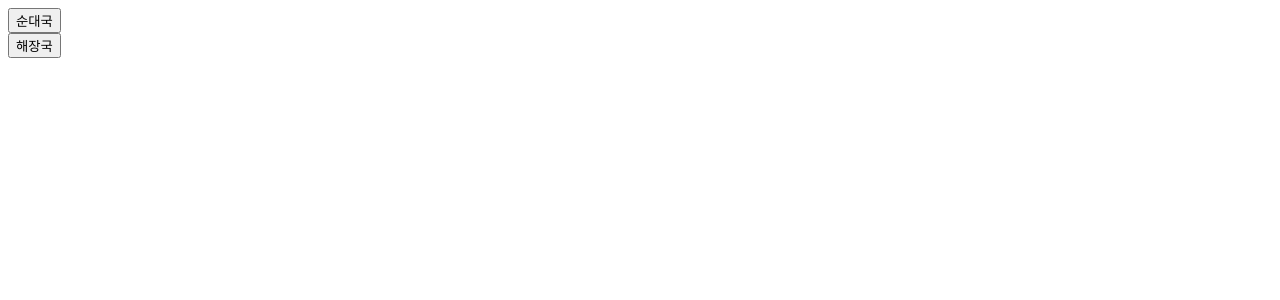
Repository: IT-magician/Restaurant-Simulation
Page: index.html
The author's editor kept a copy of each file at every save. The page is drawn from the files as they stood at one save, then again after the next save.
The browser window is 1280 px wide. The pictures show the whole page.

Above is the page before, as saved 2023-11-14 16:16:59.

### index.html
<!DOCTYPE html>
<html lang="ko-kr">
  <head>
    <meta charset="UTF-8" />
    <meta name="viewport" content="width=device-width, initial-scale=1.0" />
    <title>Document</title>
  </head>
  <body>
    <div class="kiosk">
      <div class="banner">
        <div class="ad-display"></div>
        <div class="progress-display"></div>
      </div>
      <div class="order">
        <div class="food"><input type="button" value="순대국" /></div>
        <div class="food"><input type="button" value="해장국" /></div>
      </div>
    </div>

    <!-- <script type="module" src="./js/food.js"></script>
    <script type="module" src="./js/machinesOfManaingeStore.js"></script>
    <script type="module" src="./js/staff.js"></script> -->
    <script src="./js/main.js" type="module"></script>
  </body>
</html>

### js/main.js
import {
  GeneralModelOfOrderManager,
  Kiosk,
} from "./MachinesOfManaingeStore.js";
import { Cooker, Waiter } from "./staff.js";

const cookers = [new Cooker(), new Cooker()];
const waiters = [new Waiter(1), new Waiter(2)];
const orderManager = new GeneralModelOfOrderManager();
const kiosk = new Kiosk(orderManager);

const kioskElement = document.querySelector(".kiosk");
const orderListBtns = kioskElement.querySelector(".order");

orderListBtns.addEventListener("click", (e) => {
  const element = e.target;
  const orderFoodName = element.value;

  console.log(e.target, e.currentTarget);
  console.log(element, orderFoodName);
});

### js/MachinesOfManaingeStore.js
import { Food, sundaeSoop, SoopForHangingOver } from "./food.js";

/**
 * OrderManger는 1:1, 1:N 모두가 될 수 있음. 1:1은 자기자신, 1:N인 경우는 메인-워커쓰레드처럼 자기 자신이 로드밸런서 역할을 하는 것으로 설계했음.
 */
class OrderManager {
  #orderList = [];

  /**
   *
   * @param {Food} food
   * @returns 주문번호
   */
  /*virtual */ append(food) {
    const uuid = this.#generateUUID();

    this.#orderList.append({
      food,
      orderNumber: uuid,
      statusName: "대기",
    });

    return uuid;
  }

  /**
   *
   * @param {int} orderUniqueNumber
   */
  /*virtual */ pop(orderUniqueNumber) {
    const removedItemIdx = this.#orderList.findIndex(
      (item) => item.orderNumber === orderUniqueNumber
    );

    if (removedItemIdx === -1) return null;

    const removedItem = this.#orderList[removedItem];

    this.#orderList.remove(removedItemIdx);

    return removedItem;
  }

  /**
   *
   * @param {int} orderUniqueNumber
   * @param {string} statusName
   */
  setProgressStatus(orderUniqueNumber, statusName) {
    this.#orderList.find(
      (item) => item.orderNumber === orderUniqueNumber
    ).statusName = statusName;
  }

  /*virtual*/ #generateUUID() {
    let uuid = 1;

    return uuid++;
  }
}

class GeneralModelOfOrderManager extends OrderManager {}
class MainThreadOfOrderManagerModel extends OrderManager {} // cooming soon!
class WorkerThreadOfOrderManagerModel extends OrderManager {} // cooming soon!

class Kiosk {
  #orderManager;

  /**
   *
   * @param {OrderManager} orderManager
   */
  constructor(orderManager) {
    this.orderManager = orderManager;
  }

  orderSundaeSoop() {
    return this.#order(new sundaeSoop());
  }

  orderSundaeSoop() {
    return this.#order(new SoopForHangingOver());
  }

  /**
   *
   * @param {Food} food
   * @returns
   */
  #order(food) {
    return this.#orderManager.append(food);
  }

  /**
   *
   * @param {int} orderUniqueNumber
   * @returns
   */
  cancel(orderUniqueNumber) {
    return this.#orderManager.pop(orderUniqueNumber);
  }
}

export { GeneralModelOfOrderManager, Kiosk };

### js/staff.js
class Staff {
  #progress_status_idx = 0;
  #progress_status_names = ["대기"];
  #progress_status_waiting_times = [0];
  #current_progress_left_time = 0;
  #check_progress_status_interval = 1000;

  /**
   *
   * @param {object - '작업이름':'걸리는 시간'} progress_status_info
   */
  constructor(progress_status_info) {
    if (
      progress_status_info instanceof Object === false ||
      progress_status_info.length < 1
    )
      throw new Error(
        "Invalid Argument - the progress status names's type must be object (key-value array) type and the length is more than zero."
      );

    const progressCount = progress_status_info.length;

    this.#progress_status_names = Array(progressCount);
    this.#progress_status_waiting_times = Array(progressCount);

    let i = 0;
    for (const [progress_name, progress_waiting_time] of Object.entries(
      progress_status_info
    )) {
      this.#progress_status_names[i] = progress_name;
      this.#progress_status_waiting_times[i] = progress_waiting_time;
      i++;
    }
  }

  resetProgress() {
    this.#progress_status_idx = 0;
  }

  jumpCurrentProgress() {
    return (this.#progress_status_idx =
      ++this.#progress_status_idx % this.#progress_status_names);
  }

  /**
   *
   * @returns {Promise|int} promise 객체나, (완료시) 작업했던 단계를 반환한다.
   */
  async doCurrentProgress() {
    const progressLevel = this.getCurrentProgressLevel();
    const progressWaitingTime =
      this.#progress_status_waiting_times[this.#progress_status_idx];

    return new Promise(function (resolve, reject) {
      setTimeout(() => {
        jumpCurrentProgress();

        resolve(progressLevel);
      }, progressWaitingTime);
    });

    const progressStatusInterval = getCheckProgressStatusInterval();
    const countDown = function () {
      const leftWaitingTime = Math.max(
        0,
        getCurrentProgressWaitingTime() - progressStatusInterval
      );
      setCurrentProgressWaitingTime(leftWaitingTime);

      return leftWaitingTime;
    };

    return new Promise(function (resolve, reject) {
      setTimeout(() => {
        const leftWaitingTime = countDown();

        resolve([leftWaitingTime, progressLevel]);
      }, progressStatusInterval);
    });
  }

  /**
   *
   * @param {int} progress_level : 찾고자하는 이름의 작업단계를 전달한다.
   * @returns {string} : 전달받은 작업단계의 작업이름을 반환한다.
   */
  getProgressName(progress_level) {
    return this.#progress_status_names[progress_level];
  }

  /**
   *
   * @returns {string}
   */
  getCurrentProgressName() {
    return this.#progress_status_names[this.#progress_status_idx];
  }

  /**
   *
   * @returns {int}
   */
  getCurrentProgressLevel() {
    return this.#progress_status_idx + 1;
  }

  setProgressWaitingTime(progress_level, waiting_time) {
    if (
      progress_level < 1 ||
      progress_level >= this.#progress_status_names.length
    )
      throw new Error("OutBoundError : Out Of Progress Level Range.");

    //
    // if (waiting_time < 0)
    //     throw new Error("the waiting time must be from 0 to infinite.");

    this.#progress_status_waiting_times[progress_level - 1] = waiting_time;
  }

  getCheckProgressStatusInterval() {
    return this.#check_progress_status_interval;
  }

  setCheckProgressStatusInterval(milliseconds) {
    this.#check_progress_status_interval = milliseconds;
  }

  getCurrentProgressWaitingTime() {
    return this.#current_progress_left_time;
  }

  #setCurrentProgressWaitingTime(left_time) {
    this.#current_progress_left_time = left_time;
  }
}

class Cooker extends Staff {
  constructor() {
    super({
      대기중: 0,
      요리중: -1,
    });
  }
}

class Waiter extends Staff {
  constructor(serving_work_time) {
    super({
      대기중: 0,
      서빙: serving_work_time,
    });
  }
}

export { Cooker, Waiter };

### js/food.js
class Food {
  #name;
  #origin = "대전광역시";

  constructor(name) {
    this.#name = name;
  }

  getFoodName() {
    return this.#name;
  }
}

class sundaeSoop extends Food {
  constructor() {
    super("순대국");
  }
}

class SoopForHangingOver extends Food {
  constructor() {
    super("해장국");
  }
}

export { Food, sundaeSoop, SoopForHangingOver };

After the next save:
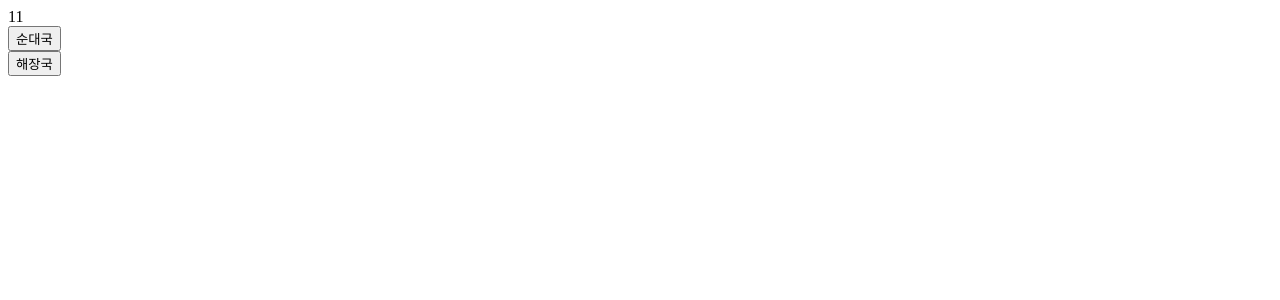
Saved 25 s later.
--- a/index.html
+++ b/index.html
@@ -12,7 +12,10 @@
         <div class="progress-display"></div>
       </div>
       <div class="order">
-        <div class="food"><input type="button" value="순대국" /></div>
+        <div class="food">
+          <div class="aa">11</div>
+          <input type="button" value="순대국" />
+        </div>
         <div class="food"><input type="button" value="해장국" /></div>
       </div>
     </div>
